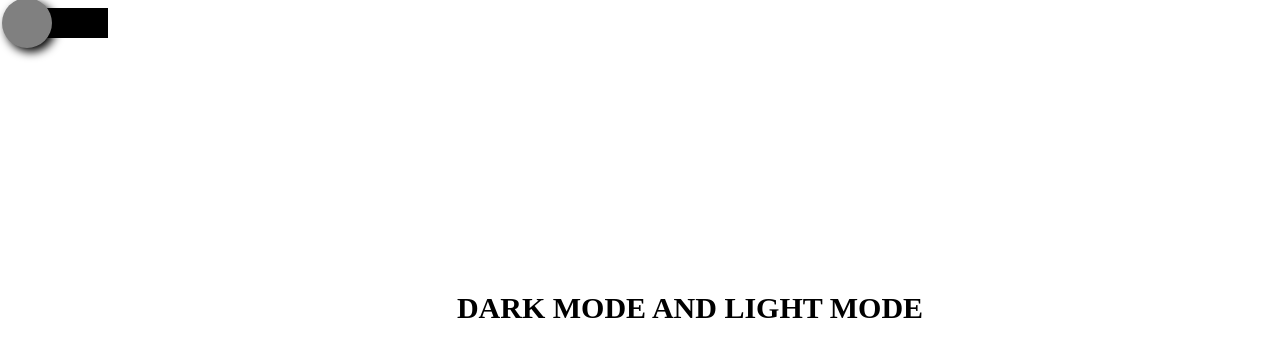
Repository: Eugene44-hub/darkmode-lightmode
Page: index.html
The author's editor kept a copy of each file at every save. The page is drawn from the files as they stood at one save, then again after the next save.
The browser window is 1280 px wide. The pictures show the whole page.

Above is the page before, as saved 2021-09-13 01:48:23.

After the next save:
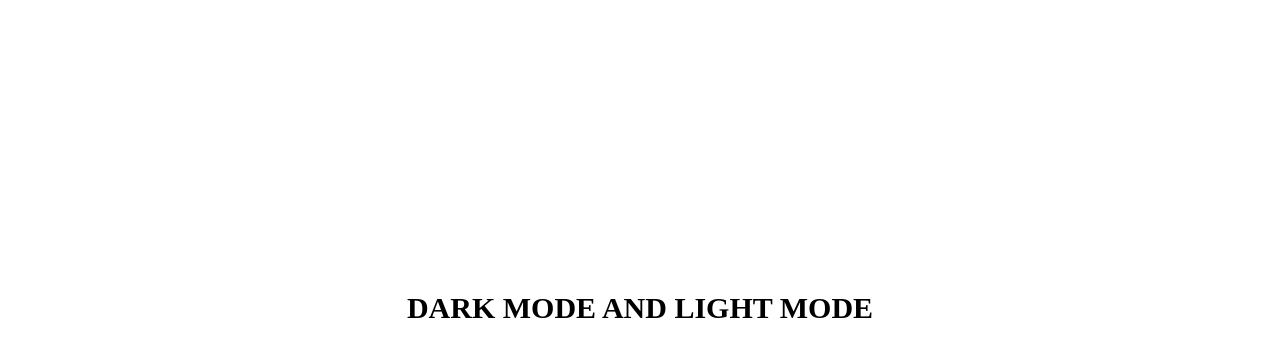
Console error: TypeError: Cannot read properties of null (reading 'addEventListener')
Saved 10 s later.
--- a/index.html
+++ b/index.html
@@ -10,9 +10,9 @@
 </head>
 
 <body>
-    <div class="box">
+    <!-- <div class="box">
         <div class="circle"></div>
-    </div>
+    </div> -->
 
     <p>Dark Mode and Light mode</p>
     <!-- <div class="square"></div>

After the save that followed:
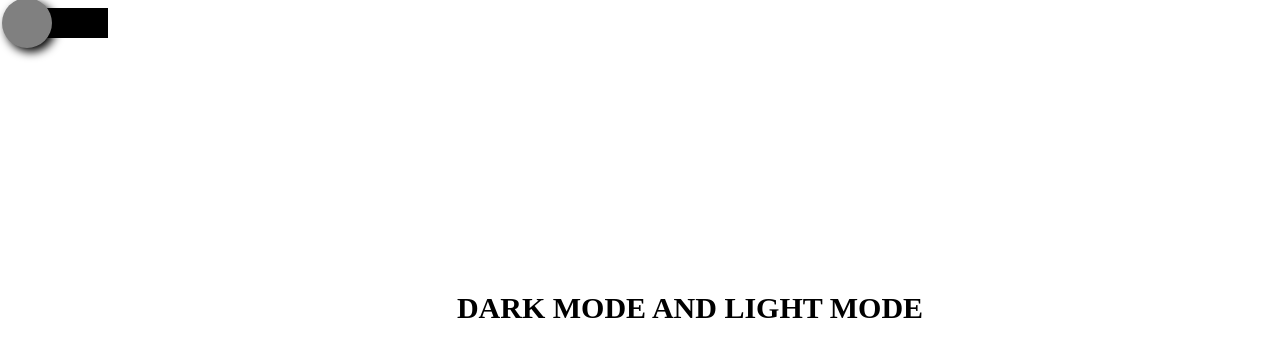
The error is gone.
Saved 5 s later.
--- a/index.html
+++ b/index.html
@@ -10,9 +10,9 @@
 </head>
 
 <body>
-    <!-- <div class="box">
+    <div class="box">
         <div class="circle"></div>
-    </div> -->
+    </div>
 
     <p>Dark Mode and Light mode</p>
     <!-- <div class="square"></div>
